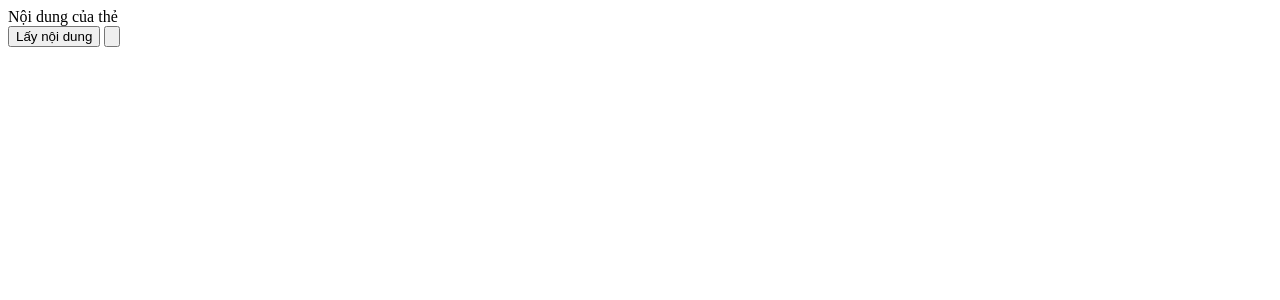
Repository: Pr-DuyTam/HTML-CSS-JS-PHP
Page: Javascript/Lập trình hướng đối tượng trong JS/Dom CSS(50).htm
The author's editor kept a copy of each file at every save. The page is drawn from the files as they stood at one save, then again after the next save.
The browser window is 1280 px wide. The pictures show the whole page.

Above is the page before, as saved 2023-08-23 09:04:30.

### Javascript/Lập trình hướng đối tượng trong JS/Dom CSS(50).htm
<!DOCTYPE html>
<html lang="en">
<head>
    <meta charset="UTF-8">
    <meta name="viewport" content="width=device-width, initial-scale=1.0">
    <title>DOM CSS</title>
</head>
<body>
    <div id="a">
        Nội dung của thẻ
    </div>
    <input type="button" value="Lấy nội dung" id="get_a" onclick="get_a()"/>
    <input type="button" value="" id="">
</body>
</html>

After the next save:
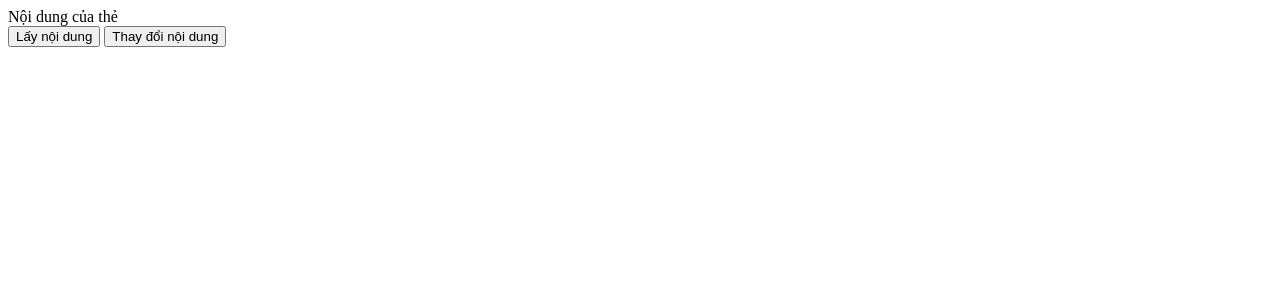
Saved 50 s later.
--- a/Javascript/Lập trình hướng đối tượng trong JS/Dom CSS(50).htm
+++ b/Javascript/Lập trình hướng đối tượng trong JS/Dom CSS(50).htm
@@ -10,6 +10,6 @@
         Nội dung của thẻ
     </div>
     <input type="button" value="Lấy nội dung" id="get_a" onclick="get_a()"/>
-    <input type="button" value="" id="">
+    <input type="button" value="Thay đổi nội dung" id="set_a" onclick="set_a()"/>
 </body>
 </html>
